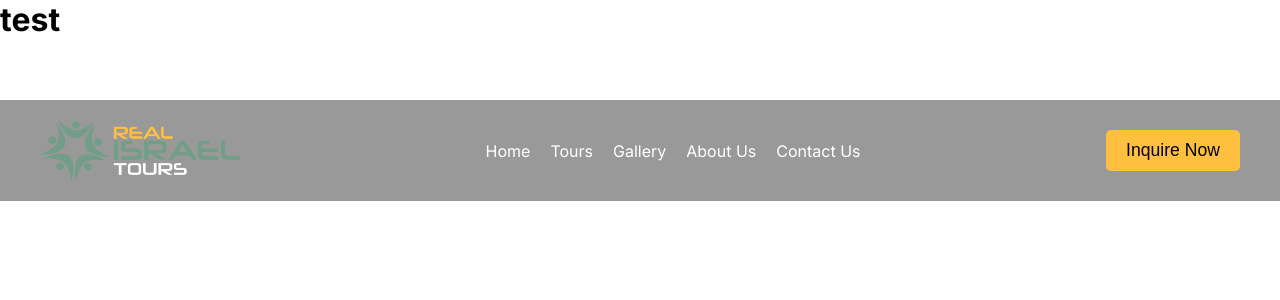
Repository: Pafestivo/realIsraelTours
Page: / (app in frontend/)
An editor plug-in stored every save of this project. The page is shown before and after the next save, followed by the edit.
The browser window is 1280 px wide. The pictures show the whole page.
The project was rebuilt for these pictures with package versions that can differ from the ones it lists, and the page was loaded fresh each time. The framework's server and built-in components were replaced by stand-ins that run in the browser. Also part of the build but not shown: frontend/next.config.js.

Above is the page before, as saved 2023-09-19 19:19:12.

### frontend/src/app/page.tsx
import Header from "@/components/Header";

export default function Home() {
  return (
    <div className="pageContainer">
      <Header />
      <h1>test</h1>
    </div>
  );
}

### frontend/src/styles/globals.css
* {
  padding: 0;
  margin: 0;
  box-sizing: border-box;
}

a {
  color: inherit;
  text-decoration: none;
}

### frontend/src/components/Header.tsx
"use client";
import React, { useState } from "react";
import Image from "next/image";
import logo from "@/assets/logo.png";
import "@/styles/header.css";
import Link from "next/link";

const Header = () => {
  const [isMenuOpen, setMenuOpen] = useState(false);

  const toggleMenu = () => {
    setMenuOpen(!isMenuOpen);
  };

  return (
    <div className="header">
      <Image className="headerLogo" src={logo} alt="logo" />
      <div className={`navbar ${isMenuOpen ? "open" : ""}`}>
        <Link href="/">Home</Link>

        <Link href="/">Tours</Link>

        <Link href="/">Gallery</Link>

        <Link href="/">About Us</Link>

        <Link href="/">Contact Us</Link>
      </div>
      <button onClick={toggleMenu} className="hamburger">
        ☰
      </button>
      <button className="inquire">Inquire Now</button>
    </div>
  );
};

export default Header;

### frontend/src/styles/header.css
.header {
  position: fixed;
  top: 100px;
  left: 0;
  right: 0;
  display: flex;
  justify-content: space-between;
  align-items: center;
  background-color: rgba(0, 0, 0, 0.4);
  padding: 20px 40px; /* Increased padding on the sides */
  z-index: 1000;
}

.headerLogo {
  width: 200px;
  height: auto;
}

.navbar {
  display: flex;
  color: white;
  justify-content: space-around;
  align-items: center;
  column-gap: 20px;
}

button {
  background-color: #ffc03f;
  border: none;
  font-size: 1.1rem;
  padding: 10px 20px;
  cursor: pointer;
  border-radius: 5px;
}

.hamburger {
  display: none;
}

@media screen and (max-width: 768px) {
  .navbar {
    position: fixed;
    left: -300px;
    top: 100px;
    bottom: 0;
    width: 300px;
    flex-direction: column;
    background-color: rgba(0, 0, 0, 0.8);
    transition: left 0.3s ease-in-out;
    gap: 0;
  }

  .navbar.open {
    left: 0;
  }

  .hamburger, .inquire {
    display: block;
  }

  .inquire {
    display: none;
  }
}

Loaded but not shown: frontend/src/app/layout.tsx (common file)

After the next save:
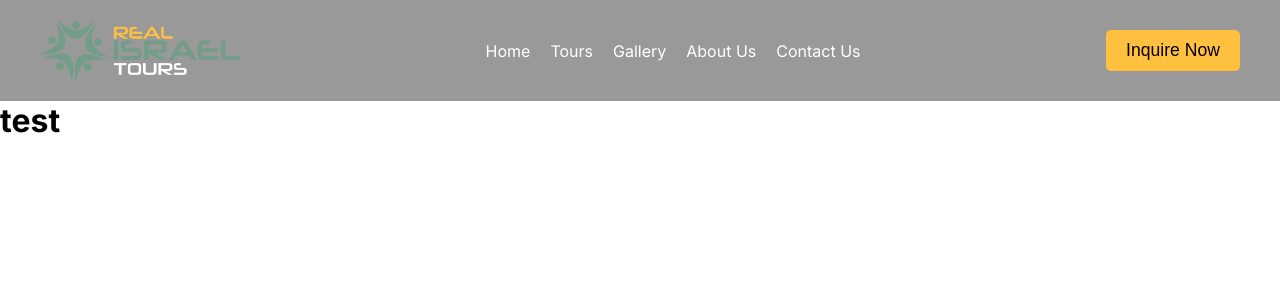
Saved 70 s later.
--- a/frontend/src/styles/header.css
+++ b/frontend/src/styles/header.css
@@ -1,8 +1,4 @@
 .header {
-  position: fixed;
-  top: 100px;
-  left: 0;
-  right: 0;
   display: flex;
   justify-content: space-between;
   align-items: center;
